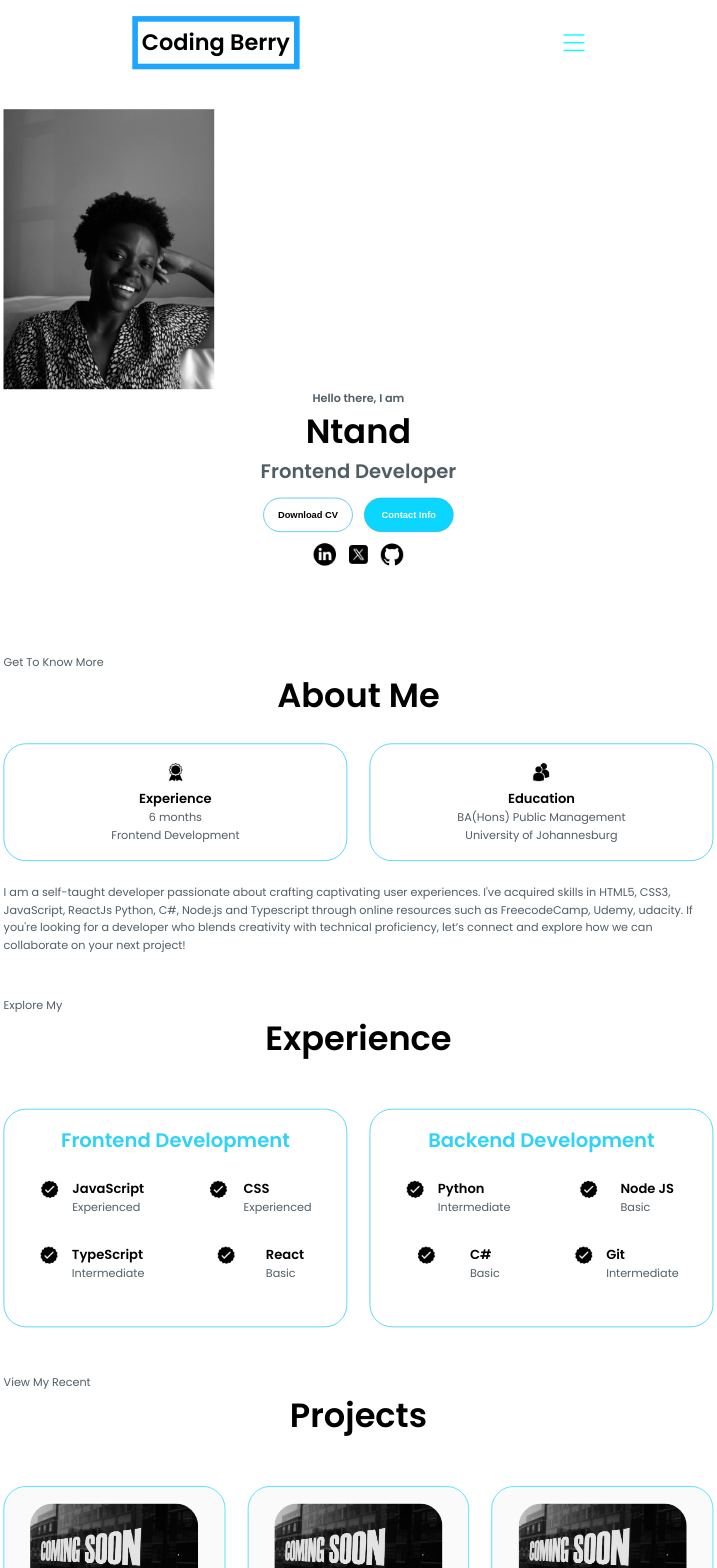
Repository: ntandomagana/FS-Dev-Portfolio
Page: index.html
An editor plug-in stored every save of this project. The page is shown before and after a run of saves, followed by the edit.
The browser window is 1024 px wide. The pictures show the part of the page from y = 0 to 2240 px (the page is 2965 px tall before and 2882 px after), at 70% of full size.

Above is the page before, as saved 2024-05-06 11:20:42.

After the next 2 saves:
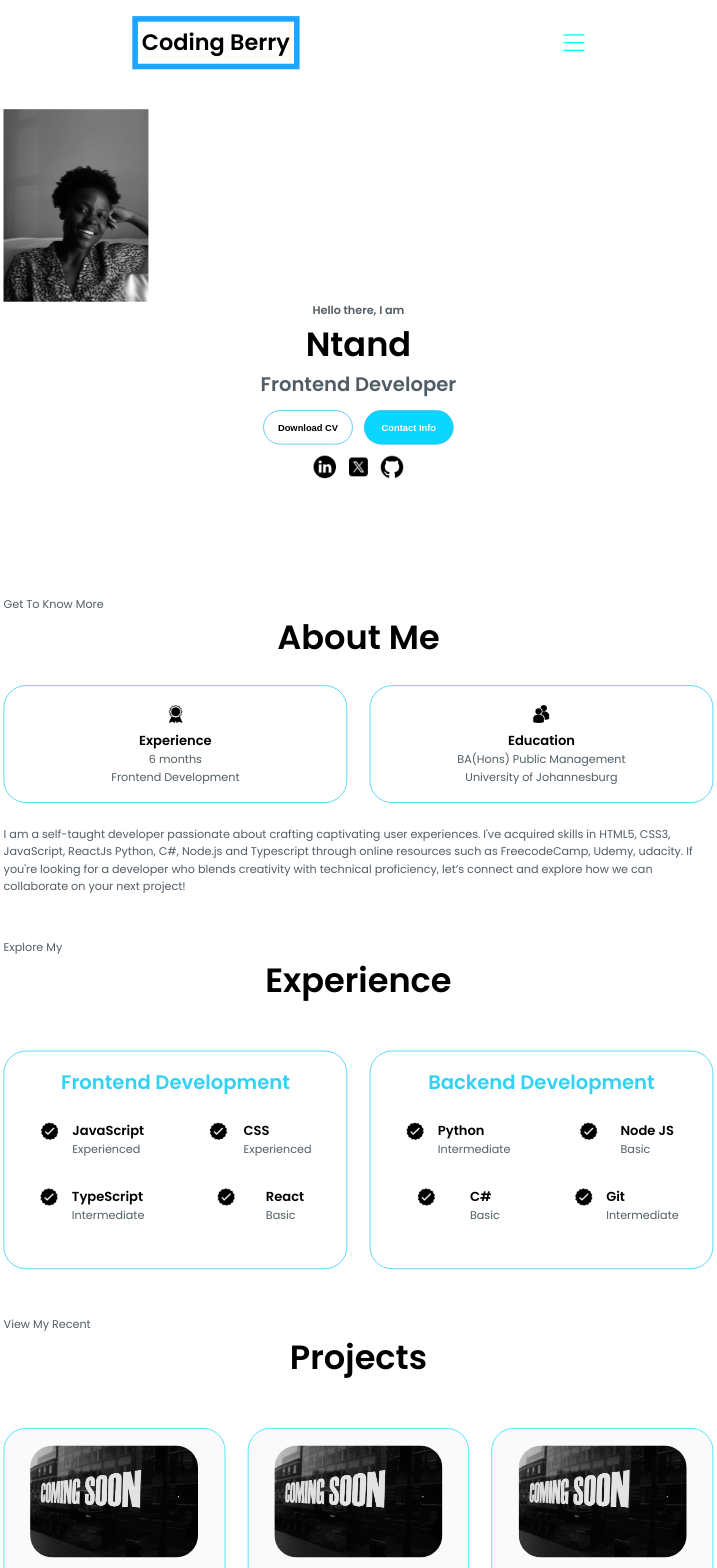
The 2 saves are shown as one change because they came seconds apart.
The last was saved 6 s later.
--- a/mediaqueries.css
+++ b/mediaqueries.css
@@ -49,5 +49,6 @@
 
     .section-pic-container {
         width: 27spx;
+        height: 275px;
     }
 }
